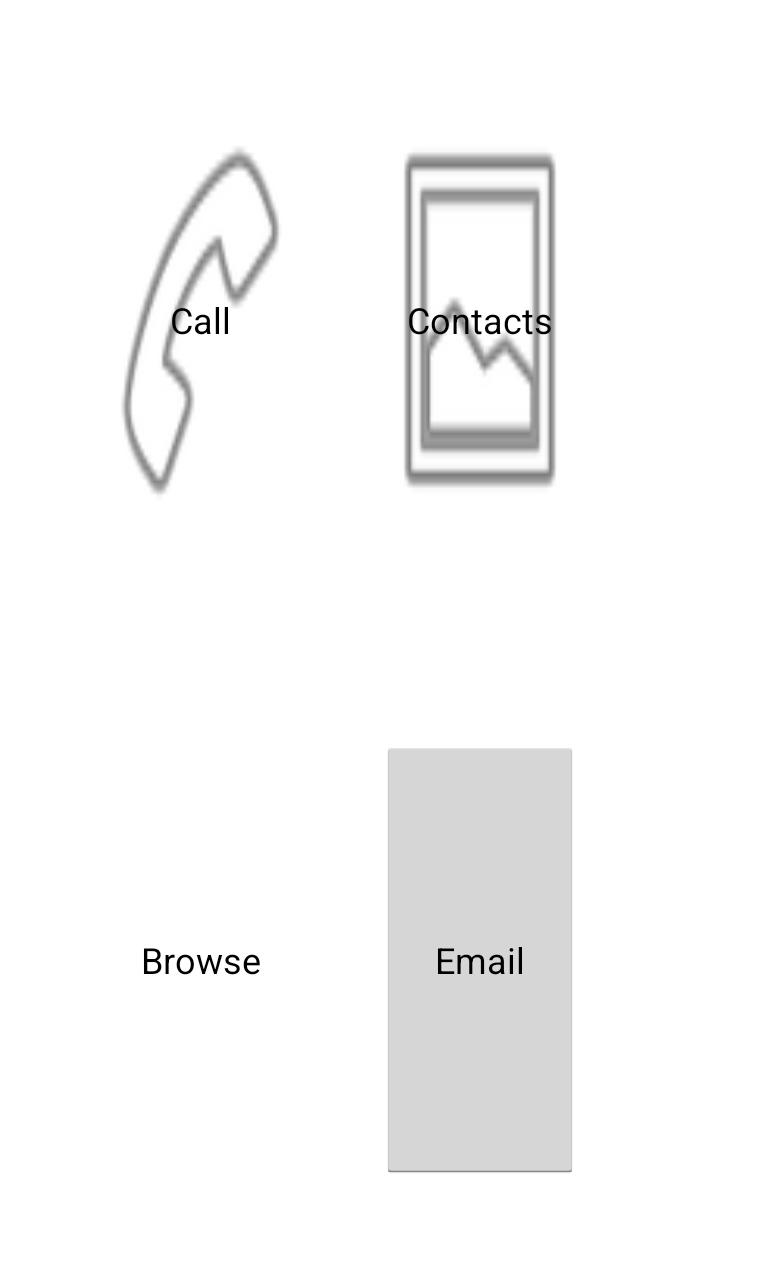
Repository: AnithaGorli/Android
Layout: ImplicitIntentApplication/res/layout/implicitintent.xml
The author's editor kept a copy of each file at every save. The layout is drawn from the files as they stood at one save, then again after a run of saves.
It is drawn on a 768 x 1280 px phone screen (xhdpi) without system bars, with theme AppTheme; the app's code is not run.

Above is the layout before, as saved 2014-09-10 10:19:55.

### ImplicitIntentApplication/res/layout/implicitintent.xml
<?xml version="1.0" encoding="utf-8"?>
<LinearLayout xmlns:android="http://schemas.android.com/apk/res/android"
    android:layout_width="match_parent"
    android:layout_height="match_parent"
    android:orientation="vertical"
    android:weightSum="2">


    <LinearLayout
        android:id="@+id/l1"
         android:layout_width="match_parent"
    android:layout_height="wrap_content"
    android:orientation="horizontal"
    android:layout_weight="1"
    android:layout_margin="30dp"
     >
    <Button
         android:id="@+id/call_btn"
          android:layout_width="100dp"
        android:layout_height="match_parent"
        android:text="@string/call"
        android:layout_margin="20dp"
        android:background="@android:drawable/ic_menu_call"/>



    <Button
         android:id="@+id/contacts_btn"
         android:layout_width="100dp"
        android:layout_height="match_parent"
        android:text="@string/contacts"
        android:layout_margin="20dp"
        android:background="@android:drawable/ic_menu_gallery"/>


     </LinearLayout>


    <LinearLayout
        android:id="@+id/l2"
         android:layout_width="match_parent"
    android:layout_height="wrap_content"
    android:orientation="horizontal"
    android:layout_weight="1"
    android:layout_margin="30dp" >

    <Button
         android:id="@+id/browse_btn"
         android:layout_width="100dp"
        android:layout_height="match_parent"
        android:text="@string/browse"
        android:layout_margin="20dp"
        android:background="@android:drawable/"
        />
    <Button
         android:id="@+id/email_btn"
          android:layout_width="100dp"
        android:layout_height="match_parent"
        android:text="@string/email"
        android:layout_margin="20dp"/>

    </LinearLayout>
</LinearLayout>

### ImplicitIntentApplication/res/values/strings.xml
<resources>

    <string name="app_name">ImplicitIntentApplication</string>
     <string name="call">Call</string>
       <string name="email">Email</string>
    <string name="contacts">Contacts</string>
    <string name="browse">Browse</string>
<string name="choose">there is no contacts</string>
</resources>

Loaded but not shown: ImplicitIntentApplication/res/values/styles.xml (common file); ImplicitIntentApplication/res/values-v11/styles.xml (common file); ImplicitIntentApplication/res/values-v14/styles.xml (common file)

After the next 2 saves:
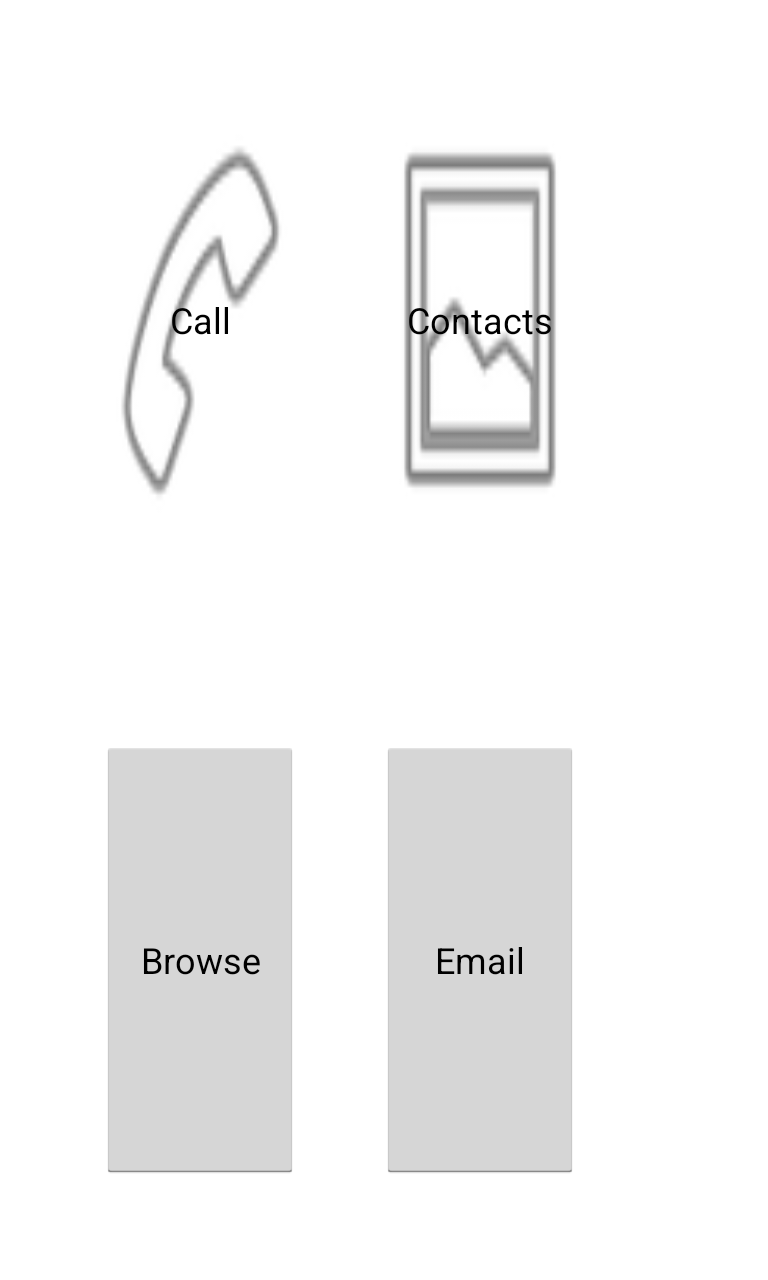
The 2 saves are shown as one change because 1 did not build or start.
The last was saved 11 s later.
--- a/ImplicitIntentApplication/res/layout/implicitintent.xml
+++ b/ImplicitIntentApplication/res/layout/implicitintent.xml
@@ -50,7 +50,7 @@
         android:layout_height="match_parent"
         android:text="@string/browse"
         android:layout_margin="20dp"
-        android:background="@android:drawable/"
+
         />
     <Button
          android:id="@+id/email_btn"
